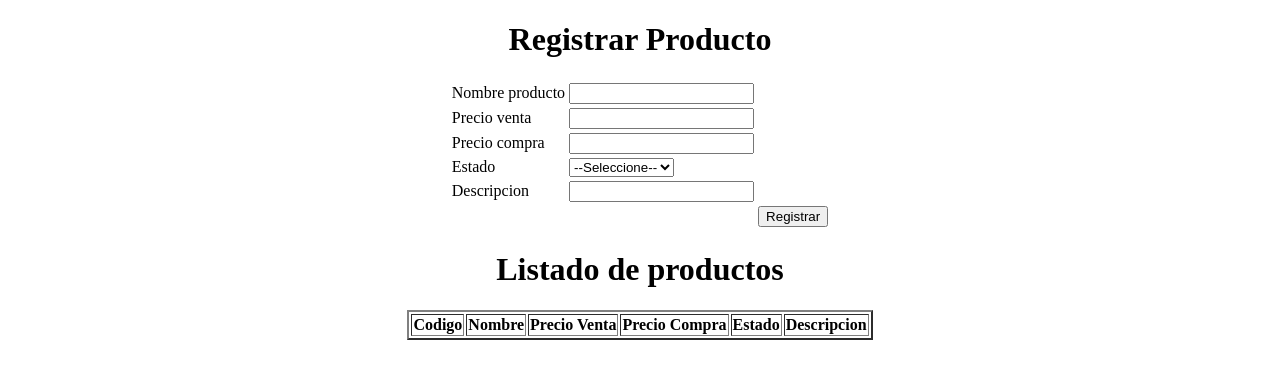
Repository: NayshaOCruz98/CL2ORTIZ
Page: http://localhost/LPII_CL2_ORTIZCRUZNAYSHA/ControladorServletprod
An editor plug-in stored every save of this project. The page is shown before and after the next save, followed by the edit.
The browser window is 1280 px wide. The pictures show the whole page.
The page is served by Tomcat 9.

Above is the page before, as saved 2023-10-24 22:58:41.

After the next save:
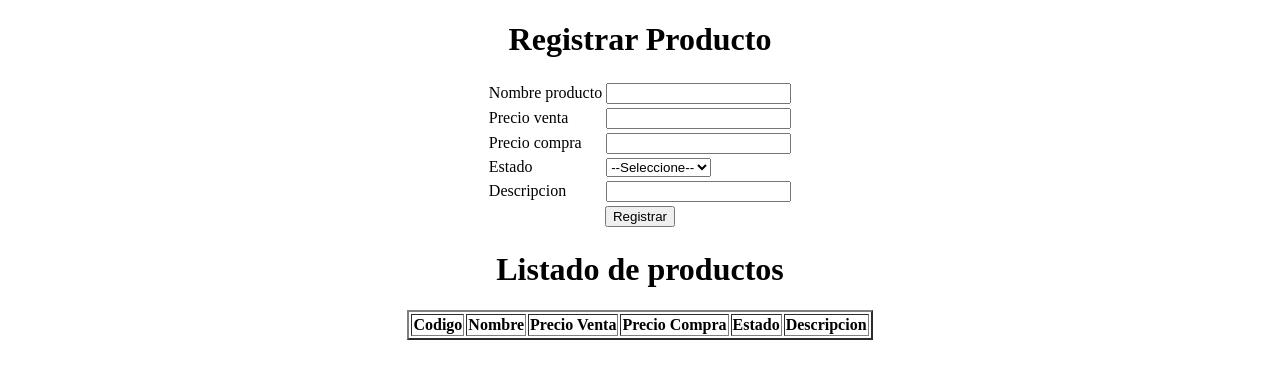
Saved 6 s later.
--- a/LPII_CL2_ORTIZCRUZNAYSHA/src/main/webapp/RegistrarProducto.jsp
+++ b/LPII_CL2_ORTIZCRUZNAYSHA/src/main/webapp/RegistrarProducto.jsp
@@ -41,7 +41,7 @@
 </tr>
 <tr >
 <td colspan="2" align="center" >
-<td ><input type="submit" name="Registra Producto" value="Registrar">
+<input type="submit" name="Registra Producto" value="Registrar">
 </td>
 </tr>
 </table>
